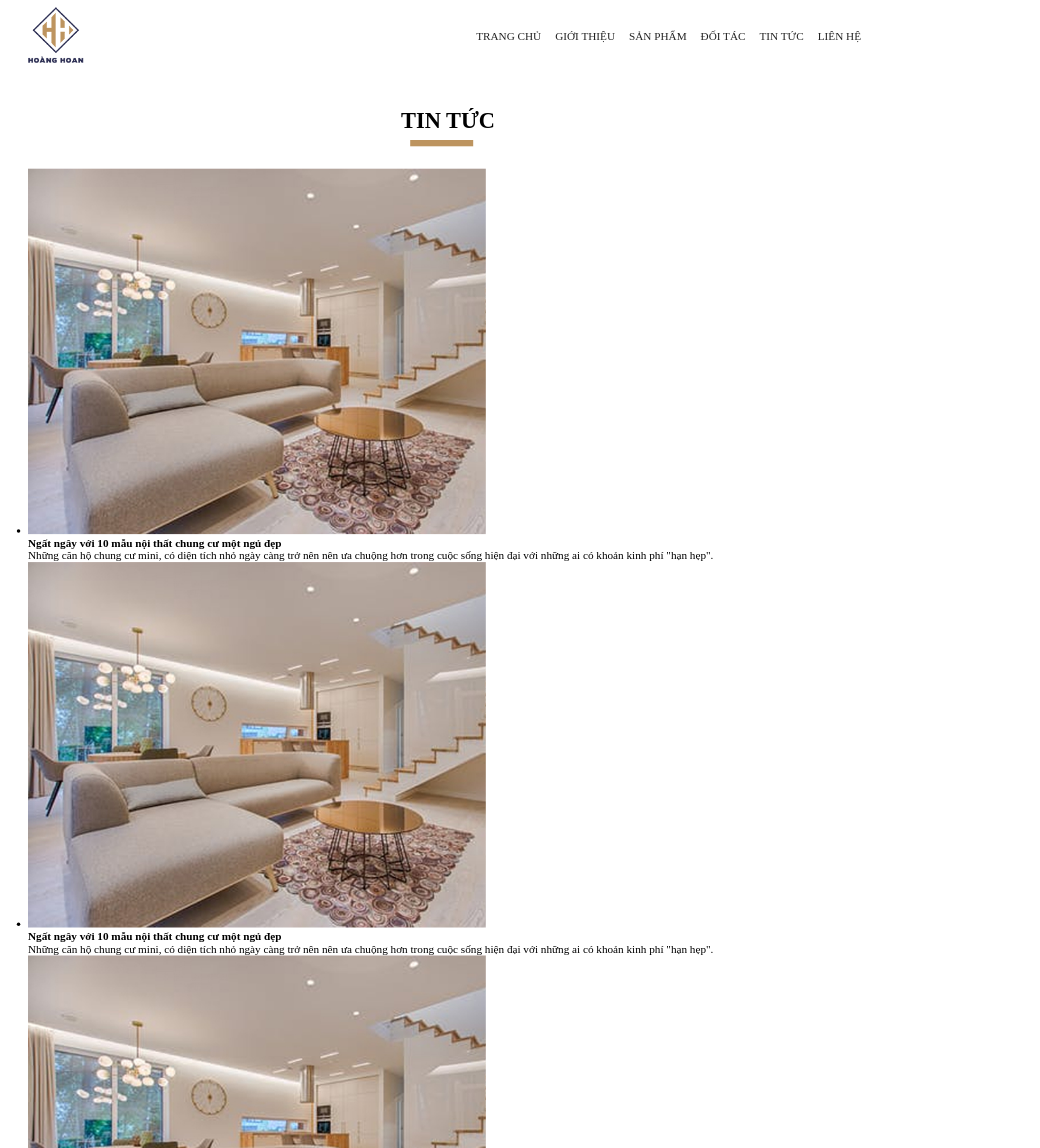
Repository: LDDUNG2003/front_end
Page: news.html
These files come from the project's save history. The page is drawn as it stood at one moment and after the next save; the edit follows.
The browser window is 1280 px wide. The page is 1280 px wide, then 1486 px, so the pictures cover 1486 px, including what lies to the right of the window. The pictures show the part of the page from y = 0 to 1640 px (the page is 3772 px tall before and 1596 px after), at 70% of full size.

Above is the page before, as saved 2023-08-29 21:34:41.

### news.html
<!DOCTYPE html>
<html lang="en">

<head>
    <meta charset="UTF-8">
    <meta name="viewport" content="width=device-width, initial-scale=1.0">
    <title>Document</title>
    <link rel="stylesheet" href="./public/css/base.css">
    <link rel="stylesheet" href="./public/css/news.css">
    <link rel="stylesheet" href="./public/css/responsive.css">

</head>

<body>
    <div class="mail">
        <div class="header">
            <div class="navBar">
                <div class="logo--block">
                    <img src="./public/img/logo.png" alt="logo" class="logo">
                    <button class="menu-mobile" id="mobileMenu"><i class="fas fa-bars" style="color: #fff;" ></i></button>
                </div>
                <ul class="navBar__list">
                    <li class="navBar__list-item"><a href="" class="navBar__list--link">trang chủ</a></li>
                    <li class="navBar__list-item">
                        <a href="" class="navBar__list--link">giới thiệu</a>
                    </li>
                    <li class="navBar__list-item">
                        <a href="" class="navBar__list--link">sản phẩm</a>
                    </li>
                    <li class="navBar__list-item">
                        <a href="" class="navBar__list--link">đối tác</a>
                    </li>
                    <li class="navBar__list-item">
                        <a href="" class="navBar__list--link">tin tức</a>
                    </li>
                    <li class="navBar__list-item">
                        <a href="" class="navBar__list--link">liên hệ</a>
                    </li>
                </ul>
            </div>
        </div>
        <div class="news--contet">
            <h2 class="content--title">tin tức</h2>
            <ul class="news--content-list">
                <li class="news--content-item">
                    <img src="./public/img/news/tintuc-1.jpg" alt="" class="news--item-img">
                    <div class="news--item-contain">
                        <h4 class="news--contain-heading">Ngất ngây với 10 mẫu nội thất chung cư một ngủ đẹp</h4>
                        <p class="news--contain-text">Những căn hộ chung cư mini, có diện tích nhỏ ngày càng trở nên nên ưa chuộng hơn trong cuộc sống hiện đại với những ai có khoản kinh phí "hạn hẹp".</p>
                    </div>
                </li>
                <li class="news--content-item">
                    <img src="./public/img/news/tintuc-1.jpg" alt="" class="news--item-img">
                    <div class="news--item-contain">
                        <h4 class="news--contain-heading">Ngất ngây với 10 mẫu nội thất chung cư một ngủ đẹp</h4>
                        <p class="news--contain-text">Những căn hộ chung cư mini, có diện tích nhỏ ngày càng trở nên nên ưa chuộng hơn trong cuộc sống hiện đại với những ai có khoản kinh phí "hạn hẹp".</p>
                    </div>
                </li>
                <li class="news--content-item">
                    <img src="./public/img/news/tintuc-1.jpg" alt="" class="news--item-img">
                    <div class="news--item-contain">
                        <h4 class="news--contain-heading">Ngất ngây với 10 mẫu nội thất chung cư một ngủ đẹp</h4>
                        <p class="news--contain-text">Những căn hộ chung cư mini, có diện tích nhỏ ngày càng trở nên nên ưa chuộng hơn trong cuộc sống hiện đại với những ai có khoản kinh phí "hạn hẹp".</p>
                    </div>
                </li>
                <li class="news--content-item">
                    <img src="./public/img/news/tintuc-1.jpg" alt="" class="news--item-img">
                    <div class="news--item-contain">
                        <h4 class="news--contain-heading">Ngất ngây với 10 mẫu nội thất chung cư một ngủ đẹp</h4>
                        <p class="news--contain-text">Những căn hộ chung cư mini, có diện tích nhỏ ngày càng trở nên nên ưa chuộng hơn trong cuộc sống hiện đại với những ai có khoản kinh phí "hạn hẹp".</p>
                    </div>
                </li>
                <li class="news--content-item">
                    <img src="./public/img/news/tintuc-1.jpg" alt="" class="news--item-img">
                    <div class="news--item-contain">
                        <h4 class="news--contain-heading">Ngất ngây với 10 mẫu nội thất chung cư một ngủ đẹp</h4>
                        <p class="news--contain-text">Những căn hộ chung cư mini, có diện tích nhỏ ngày càng trở nên nên ưa chuộng hơn trong cuộc sống hiện đại với những ai có khoản kinh phí "hạn hẹp".</p>
                    </div>
                </li>
                <li class="news--content-item">
                    <img src="./public/img/news/tintuc-1.jpg" alt="" class="news--item-img">
                    <div class="news--item-contain">
                        <h4 class="news--contain-heading">Ngất ngây với 10 mẫu nội thất chung cư một ngủ đẹp</h4>
                        <p class="news--contain-text">Những căn hộ chung cư mini, có diện tích nhỏ ngày càng trở nên nên ưa chuộng hơn trong cuộc sống hiện đại với những ai có khoản kinh phí "hạn hẹp".</p>
                    </div>
                </li>
            </ul>
        </div>
        <div class="footer ">
            <div class="footer__lable">
                <ul class="footer--list">
                    <li class="footer--list-item">
                        <h3 class="footer--list-heading">
                            thông tin chung
                        </h3>
                    </li>
                    <li class="footer--list-item footer--inheri">công ty tnhh hoàng hoan</li>
                    <li class="footer--list-item"><i class="fa-solid fa-phone" style="color: #ffffff;"></i>099999999</li>
                    <li class="footer--list-item"><i class="fa-regular fa-envelope" style="color: #ffffff;"></i>excepturi@gmail.com
                    </li>
                    <li class="footer--list-item"><i class="fa-solid fa-location-dot fa-beat" style="color: #ffffff;"></i>26 khương đình , thanh xuân , hà nội</li>
                </ul>
                <ul class="footer--list">
                    <li class="footer--list-item">
                        <h3 class="footer--list-heading">về chúng tôi</h3>
                    </li>
                    <li class="footer--list-item">giới thiệu</li>
                    <li class="footer--list-item">sản phẩm</li>
                    <li class="footer--list-item">tin tức</li>
                    <li class="footer--list-item">đối tác</li>
                    <li class="footer--list-item">liên hệ</li>
                </ul>
                <ul class="footer--list">
                    <li class="footer--list-item">
                        <h3 class="footer--list-heading">kết nối với chúng tôi</h3>
                    </li>
                    <li class="footer--list-item">
                        <ul class="footer--list-contact">
                            <li class="fooder--list-contact-item"><i class="fa-brands fa-square-facebook" style="color: #ffffff;"></i></li>
                            <li class="fooder--list-contact-item"><i class="fa-brands fa-instagram" style="color: #ffffff;"></i>
                            </li>
                            <li class="fooder--list-contact-item"><i class="fa-regular fa-envelope" style="color: #fcfcfd;"></i>
                            </li>
                        </ul>
                    </li>
                    <li class="footer--list-item"><img style="height: 23px;" src="./style/image/ve-chung-toi/chat-luong.jpg" alt=""></li>
                </ul>
            </div>
        </div>
        <script src="./public/js/index.js" crossorigin="anonymous"></script>
    </div>
</body>

</html>

### public/css/base.css
* {
    padding: 0px;
    margin: 0px;
    font-family: "gotham-family";
}

:root {
    --primary-color: #bd945f;
    --text-color: #222222;
}


/* font setting */

@font-face {
    font-family: "gotham-family";
    src: url(../front/Gotham-Medium.otf);
    font-family: "gotham-linear";
    src: url(../front/Gotham-Thin.otf);
    font-family: "gotham-utral";
    src: url(../front/Gotham-Ultra.otf);
}

.main {
    width: 100%;
}

.header {
    padding: 10px 0px;
    margin: auto;
    width: 100%;
    max-width: 1200px;
}

.navBar {
    display: flex;
    width: 100%;
    justify-content: space-between;
}

.logo {
    height: 80px;
}

.navBar__list {
    display: flex;
    list-style: none;
    align-items: center;
}

.navBar__list-item {
    margin: 0 10px;
}

.navBar__list--link {
    text-transform: uppercase;
    font-size: 16px;
    color: var(--text-color);
    text-decoration: none;
}

.featured--content {}

.featured-name {
    font-size: 18px;
    text-transform: capitalize;
}

.evaluate--list {
    list-style: none;
    display: flex;
    justify-content: center;
}

.evaluate--list li {
    padding: 5px;
    margin: 0;
}

.note-product {}

.content--title {
    font-size: 32px;
    padding: 50px 0px;
    text-align: center;
    position: relative;
    text-transform: uppercase;
}

.content--title::before {
    content: '';
    background-color: var(--primary-color);
    width: 90px;
    height: 9px;
    position: absolute;
    top: 70%;
    right: 47%;
}

.price-product {
    padding: 7px 0px;
    font-weight: 800;
    font-size: 16px;
}

.slick-prev:before,
.slick-next:before {
    color: var(--primary-color);
    width: 15px;
}

.footer {
    background-color: black;
}

.footer__lable {
    max-width: 1200px;
    margin: auto;
    display: flex;
    width: 100%;
    justify-content: space-around;
    color: #fff;
    justify-content: space-between;
}

.footer--list {
    list-style: none;
    width: 32%;
}

.footer--list-item {
    font-size: 16px;
    padding-top: 8px;
    text-transform: capitalize;
    font-family: initial;
}

.footer--list-heading {
    font-size: 18px;
    font-weight: 300;
    text-transform: uppercase;
    position: relative;
    padding-bottom: 0px;
    font-family: 'Gotham-Medium';
}

.footer--list-heading::after {
    content: '';
    background-color: var(--primary-color);
    width: 110px;
    padding-top: 6px;
    position: absolute;
    left: 0px;
    bottom: -8px;
}

.footer--inheri {
    text-transform: uppercase;
    font-weight: 600;
    font-size: 18px;
}

.footer--list-contact {
    display: flex;
    list-style: none;
}

.fooder--list-contact-item {
    width: 16px;
    padding: 5px;
}

### public/css/news.css
.news--contet {
    width: 100%;
    max-width: 1200px;
    margin: auto;
}

.news--content-list {
    display: flex;
    flex-wrap: wrap;
}

.news--content-item {}

.news--item-img {}

.news--item-contain {}

.news--contain-heading {}

.news--contain-text {}

### public/css/responsive.css
@media (min-width:767px) {
    #mobileMenu {
        display: none;
    }
}

@media (max-width: 767px) {
    #mobileMenu {
        display: block;
    }
    .logo--block {
        width: 100%;
        display: flex;
        align-items: center;
        justify-content: space-between;
    }
    .navBar {
        display: block;
        height: auto;
    }
    .menu-mobile {
        width: 40px;
        height: 40px;
        padding: 10px;
        border: 0px;
        background-color: var(--primary-color);
    }
    .navBar__list {
        display: none;
        width: 100%;
    }
    .navBar__list-item {
        padding: 4px;
        border-bottom: 2px solid #ccc;
    }
    .content__focut {
        position: static;
    }
    .focut--item {
        width: 50%;
    }
    .content__banner {
        width: 100%;
    }
    .banner--content {
        display: none;
    }
    .slick-prev:before,
    .slick-next:before {
        display: none;
    }
    .about--background {
        display: none;
    }
    .about__us-bag {
        position: static;
    }
    .about--block {
        display: block;
    }
    .about--content {
        width: 100%;
        color: var(--text-color);
    }
    .about--content img {
        width: 100%;
    }
    .content--title {
        color: var(--text-color);
    }
    .news--contain {
        display: block;
    }
    .mobile-display {
        display: none;
    }
    .news--contain--item {
        width: 100%;
    }
    .news--list-item {
        width: 100%;
        overflow: hidden;
    }
    .news--list-item img {
        height: 100%;
    }
    .partner--list {
        flex-wrap: wrap;
    }
    .partner--item {
        width: 50%;
    }
    .content--contact {
        display: none;
    }
    .footer__lable {
        display: block;
    }
    .footer--list {
        width: 100%;
        padding: 10px 0px;
    }
    .footer--list-item {
        width: 100%;
        padding: 5px 0px;
    }
}

### public/js/index.js
var mobile = document.getElementById("mobileMenu");
var navBar__list = document.getElementsByClassName("navBar__list")[0]
mobile.addEventListener("click", function() {
    if (navBar__list.style.display === "block") {
        navBar__list.style.display = null;
    } else {
        navBar__list.style.display = "block";
    }
});

After the next save:
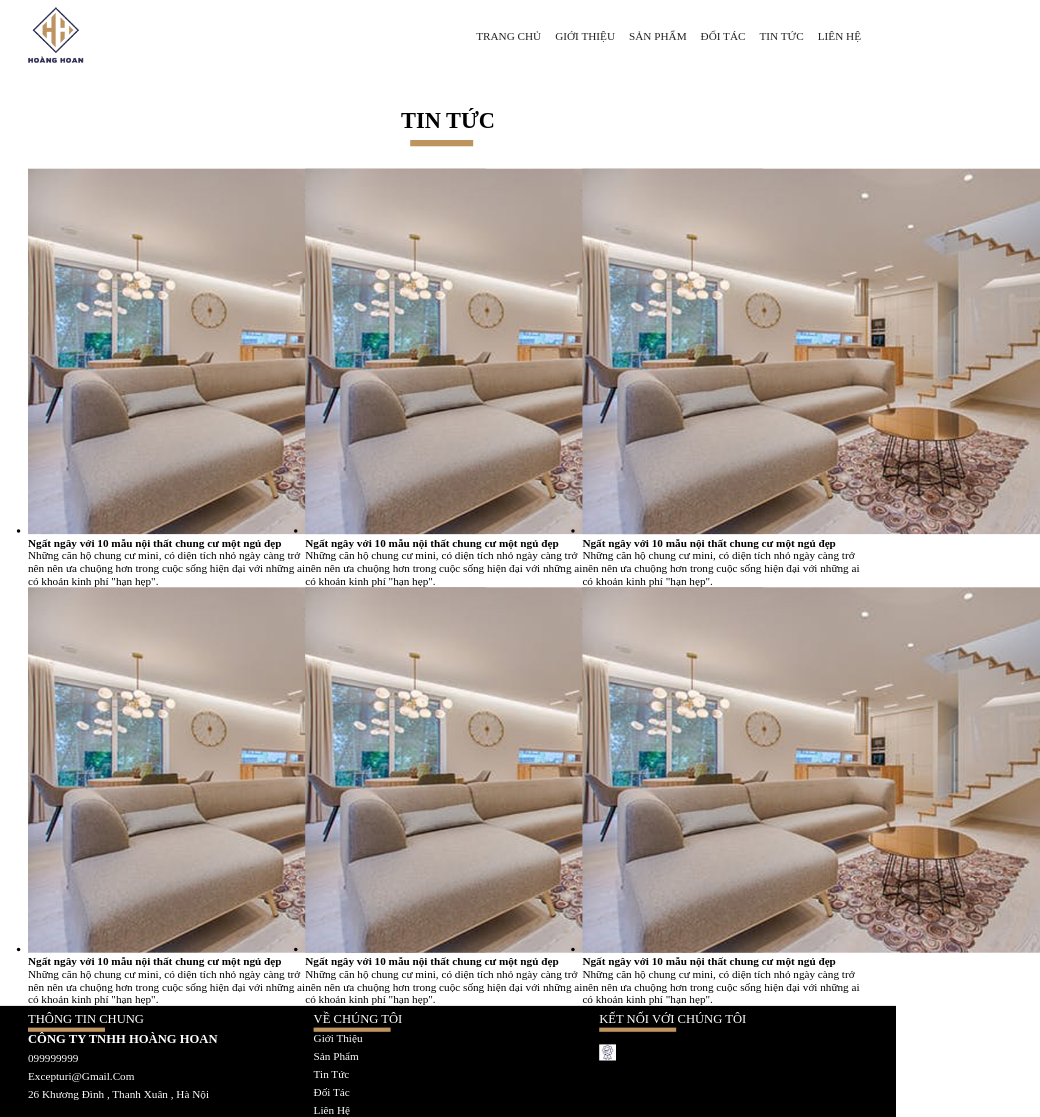
Saved 18 s later.
--- a/public/css/news.css
+++ b/public/css/news.css
@@ -9,7 +9,9 @@
     flex-wrap: wrap;
 }
 
-.news--content-item {}
+.news--content-item {
+    width: 33%;
+}
 
 .news--item-img {}
 
